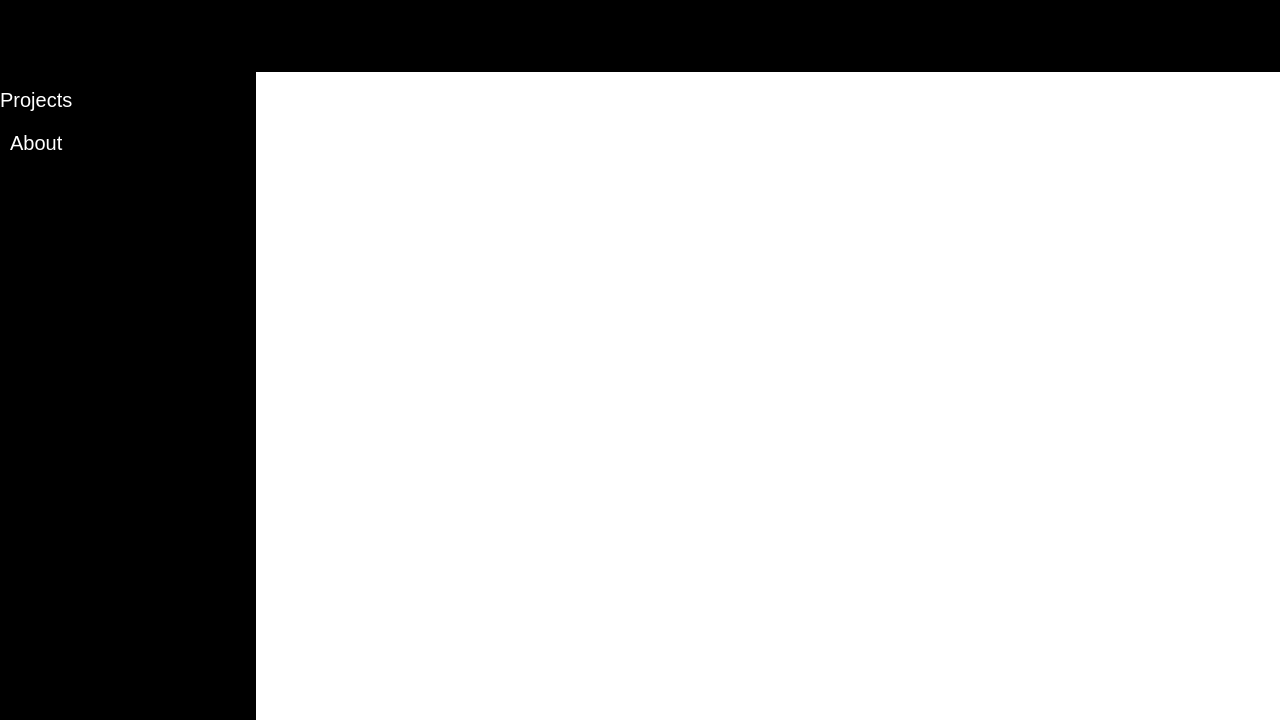
Repository: josephinel6/josephinel6.github.io
Page: index.html
These files come from the project's save history. The page is drawn as it stood at one moment and after the next save; the edit follows.
The browser window is 1280 px wide. The pictures show the whole page.

Above is the page before, as saved 2023-04-04 10:34:19.

### index.html
<!DOCTYPE html>
<html>

<head>
    <style>
        :root.light {
            --color-bg: white;
            --color-menu-text: black;
        }

        :root.dark {
            --color-bg: black;
            --color-menu-text: white;
        }

        /* :root {
            --color-bg: black;
        } */

        html,
        body {
            height: 100%;
            width: 100%;
            margin: 0;
            padding: 0;
        }

        #menu {
            height: 100%;
            width: 20%;
            position: absolute;
            background-color: var(--color-bg);
        }

        #topbar {
            width: 100%;
            height: 10%;
            position: absolute;
            background-color: var(--color-bg);
        }

        .menutext {
            color: var(--color-menu-text);
            font-family: sans-serif;
            font-size: 20px;
        }
    </style>
    <script type="module" src="https://cdn.jsdelivr.net/gh/zerodevx/zero-md@2/dist/zero-md.min.js"></script>
</head>

<body>
    <div id="menu">
        <CENTER>
            <div style="margin-top: 10%; position:absolute">

                <p class="menutext"> Home </p>
                <p class="menutext"> Projects </p>
                <p class="menutext"> About </p>

            </div>
        </CENTER>
    </div>
    <div id="topbar">

    </div>
    <script>
        window.onload = function () {
            document.documentElement.classList.remove("light")
            document.documentElement.classList.add("dark")
            window.localStorage.setItem('mode', 'dark');
            console.log("dark")
        }

        function openpage(pageName, elmnt) {
            var i, tabcontent, tablinks;
            tabcontent = document.getElementsByClassName("tabcontent");
            for (i = 0; i < tabcontent.length; i++) {
                tabcontent[i].style.display = "none";
            }
            tablinks = document.getElementsByClassName("tablink");
            for (i = 0; i < tablinks.length; i++) {
                tablinks[i].style.backgroundColor = "";
            }
            document.getElementById(pageName).style.display = "block";

            document.body.scrollTop = 0;
            document.documentElement.scrollTop = 0;
            console.log("ducks")
        }
    </script>

</body>

</html>

After the next save:
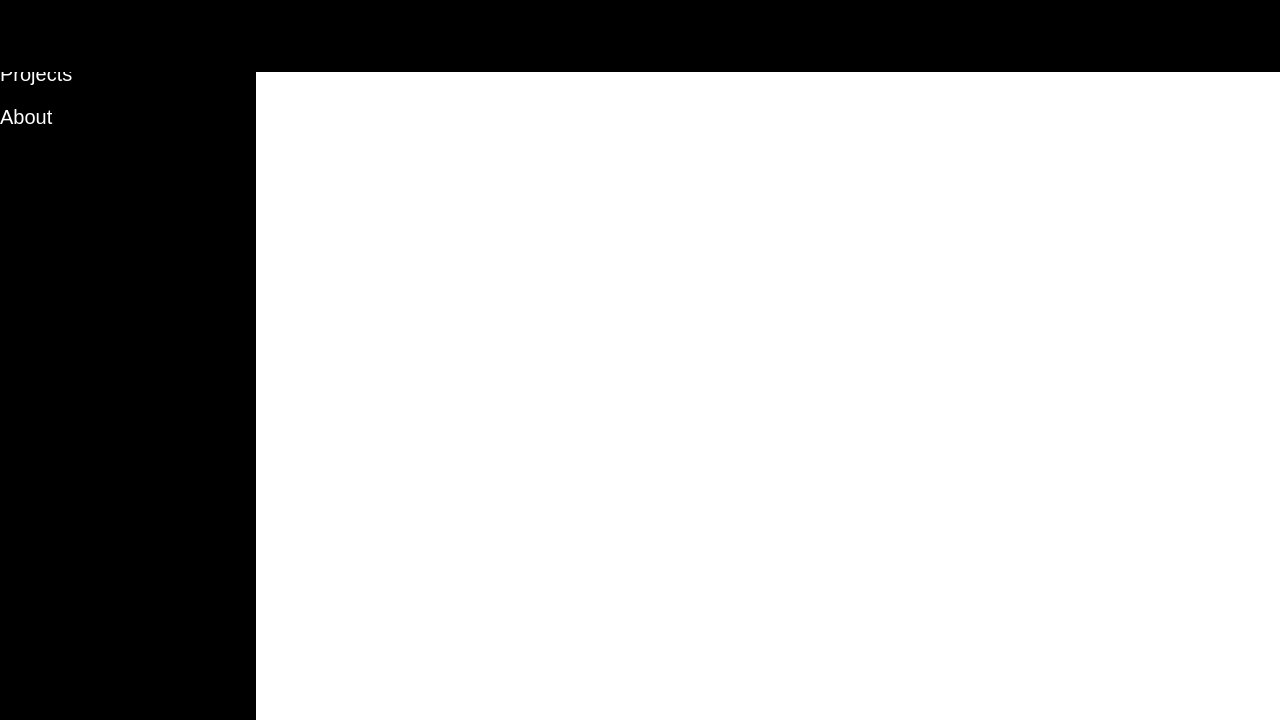
Saved 19 s later.
--- a/index.html
+++ b/index.html
@@ -50,15 +50,11 @@
 
 <body>
     <div id="menu">
-        <CENTER>
-            <div style="margin-top: 10%; position:absolute">
-
-                <p class="menutext"> Home </p>
-                <p class="menutext"> Projects </p>
-                <p class="menutext"> About </p>
-
-            </div>
-        </CENTER>
+        <div>
+            <p class="menutext"> Home </p>
+            <p class="menutext"> Projects </p>
+            <p class="menutext"> About </p>
+        </div>
     </div>
     <div id="topbar">
 
